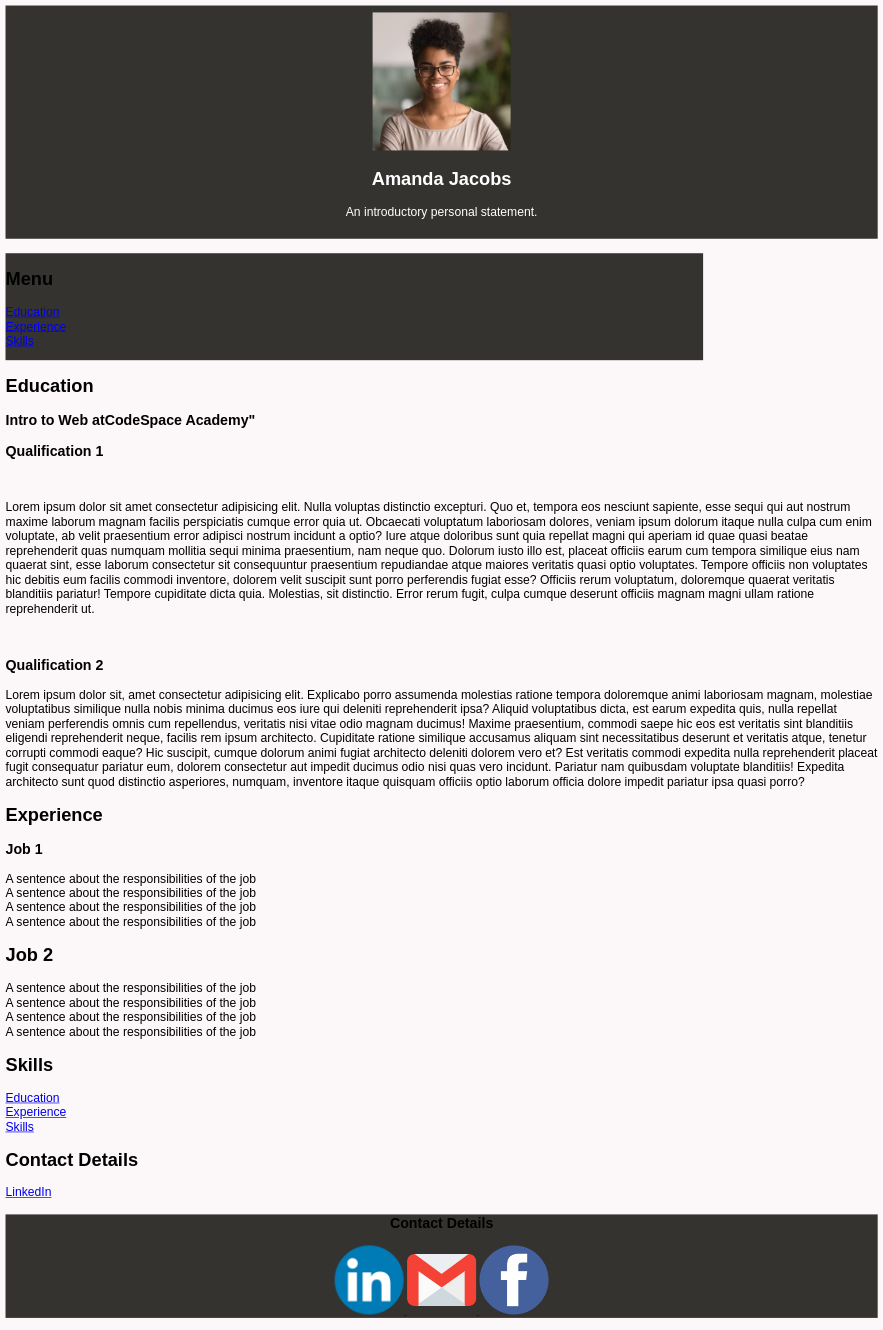
Repository: LeonardMhere/Resume-3
Page: resume `3/index.html
These files come from the project's save history. The page is drawn as it stood at one moment and after the next save; the edit follows.
The browser window is 1280 px wide. The pictures show the whole page, at 69% of full size.

Above is the page before, as saved 2023-03-23 09:37:40.

### resume `3/index.html
<!DOCTYPE html>
<html lang="en">
    <meta charset="UTF-8">
    <meta http-equiv="X-UA-Compatible" content="IE=edge">
    <meta name="viewport" content="width=device-width, initial-scale=1.0">
    <link rel="stylesheet" href="css/stylesheet.css">

<head>
    <title>Amanda Jacobs</title>
</head>

<body>


  <header id="heading">
 <aside>
   <img id="profilePhoto" src="./images/profilePhoto.jpeg" width="200px"
   alt="Error Thumbnail">

  <h1>Amanda Jacobs</h1>
  <p>An introductory personal statement.</p>

    </header>

    <br/>
<main>
  <section>
   <article>
     <div class="nav-menu">
      <nav>
        <h2>Menu</h2>

  <ul>
      <li><a href="education">Education</a></li>
      <li><a href="experience">Experience</a></li>
      <li><a href="skills">Skills</a></li>
      </div>
  </ul>
</nav>
</aside>



<div class="box-1">
  <h2 id="education">Education</h2>
  <h3>Intro to Web at<a href="http://codespace.co.za/"></a>CodeSpace Academy"</a></h3>



  <h3>Qualification 1</h3>
  <br/>
     <p>Lorem ipsum dolor sit amet consectetur adipisicing elit. Nulla voluptas distinctio excepturi.
       Quo et, tempora eos nesciunt sapiente, esse sequi qui aut nostrum maxime laborum magnam facilis perspiciatis cumque error quia ut. Obcaecati voluptatum laboriosam dolores, veniam ipsum dolorum itaque nulla culpa cum enim voluptate,
       ab velit praesentium error adipisci nostrum incidunt a optio? Iure atque doloribus sunt quia repellat magni qui aperiam id quae quasi beatae reprehenderit quas numquam mollitia sequi minima praesentium, nam neque quo. Dolorum iusto illo est, placeat officiis earum cum tempora similique eius nam quaerat sint, esse laborum consectetur sit consequuntur praesentium repudiandae atque maiores veritatis quasi optio voluptates. Tempore officiis non voluptates hic debitis eum facilis commodi inventore, dolorem velit suscipit sunt porro perferendis fugiat esse? Officiis rerum voluptatum, doloremque quaerat veritatis blanditiis pariatur! Tempore cupiditate dicta quia. Molestias, sit distinctio. Error rerum fugit, culpa cumque deserunt officiis magnam magni ullam ratione reprehenderit ut.
      </p>
    </div>
      <br/>

  <div class="box-2">
   <h3>Qualification 2</h3>

      <p>
        Lorem ipsum dolor sit, amet consectetur adipisicing elit. Explicabo porro assumenda molestias ratione tempora doloremque animi laboriosam magnam, molestiae voluptatibus similique nulla nobis minima ducimus eos iure qui deleniti reprehenderit ipsa? Aliquid voluptatibus dicta, est earum expedita quis, nulla repellat veniam perferendis omnis cum repellendus, veritatis nisi vitae odio magnam ducimus! Maxime praesentium, commodi saepe hic eos est veritatis sint blanditiis eligendi reprehenderit neque, facilis rem ipsum architecto. Cupiditate ratione similique accusamus aliquam sint necessitatibus deserunt et veritatis atque, tenetur corrupti commodi eaque? Hic suscipit, cumque dolorum animi fugiat architecto deleniti dolorem vero et? Est veritatis commodi expedita nulla reprehenderit placeat fugit consequatur pariatur eum, dolorem consectetur aut impedit ducimus odio nisi quas vero incidunt. Pariatur nam quibusdam voluptate blanditiis! Expedita architecto sunt quod distinctio asperiores, numquam, inventore itaque quisquam officiis optio laborum officia dolore impedit pariatur ipsa quasi porro?
      </p>
    </div>


    <h2 id="experience">Experience</h2>

    <h3>Job 1</h3>
    <p>
        <ul>
            <li>A sentence about the responsibilities of the job</li>
            <li>A sentence about the responsibilities of the job</li>
            <li>A sentence about the responsibilities of the job</li>
            <li>A sentence about the responsibilities of the job</li>
        </ul>
    </p>



    <h2>Job 2</h2>

     <p>
        <ul>
            <li>A sentence about the responsibilities of the job</li>
            <li>A sentence about the responsibilities of the job</li>
            <li>A sentence about the responsibilities of the job</li>
            <li>A sentence about the responsibilities of the job</li>
        </ul>
     </p>



      <h2 id="skills">Skills</h2>

<ul>
  <li><a href="#education">Education</a></li>
  <li><a href="#experience">Experience</a></li>
  <li><a href="#Skills">Skills</a></li>
</ul>
</p>

<h2>Contact Details</h2>
<p><a href="http://linkedin.com">LinkedIn</a>

    </section>
  </article>
</main>








<footer>
    <h3>Contact Details</h3>
    <ul>
       <a href="http://linkedin.com" target="_blank">
           <img class="icons" src="images/linkedinIcon.png"
           alt="Amanda Jacobs Linkedin"
           width="100px">

       </a>

       <a href="//http://gmail.com" target="_blank">
        <img class="icons" src="images/gmailIcon.png"
        alt="Amanda Jacobs Gmail"
        width="100px">
       </a>

       <a href="//http://facebook.com" target="_blank">
        <img class="icons" src="images/facebookIcon.png"
        alt="Amanda Jacobs facebook Account"
        width="100px">
       </a>
</ul>
</footer>











</body>
</html>

### resume `3/css/stylesheet.css
*{
  box-sizing: border-box;
  padding: 0;

}

body{
  font-family: sans-serif;
  font-size:110%;
  background-color: #FCF7F8;
}

header {
  text-align: center;
  background-color: #343330;
  color: white;
  padding: 10px 0 10px ;
}



.nav-menu{
    background-color:#343330;
    width: 80%;
    overflow: auto;
    background-color:
}

ul {
  list-style: none;
  margin-left: 0%;
}





footer {
  background-color: #343330;
  text-align: center;
}

After the next save:
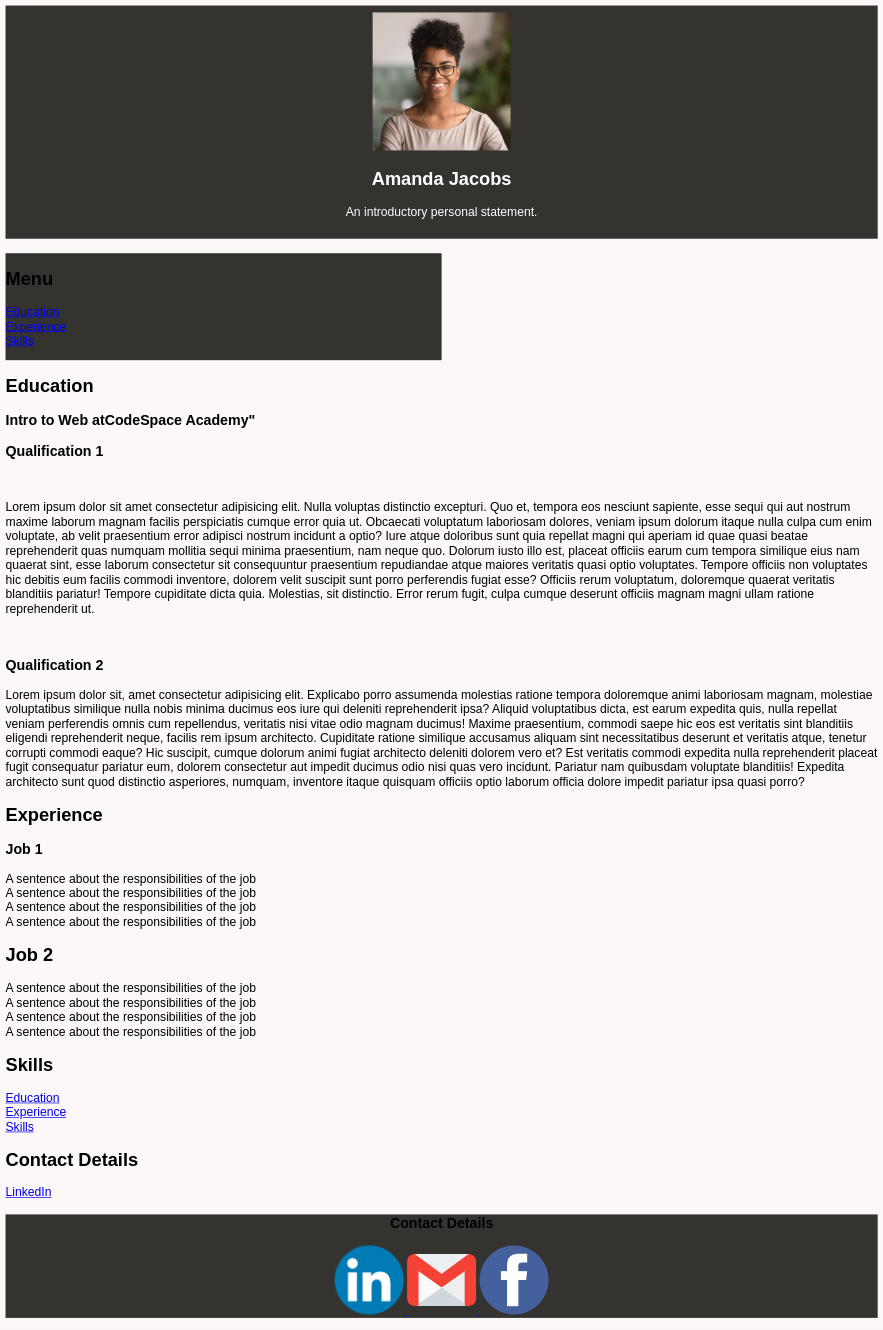
Saved 21 s later.
--- a/resume `3/css/stylesheet.css
+++ b/resume `3/css/stylesheet.css
@@ -21,7 +21,7 @@ header {
 
 .nav-menu{
     background-color:#343330;
-    width: 80%;
+    width: 50%;
     overflow: auto;
     background-color:
 }
